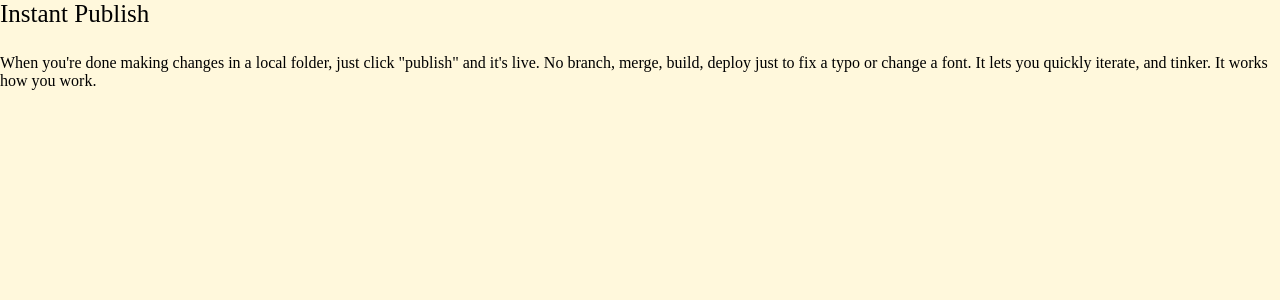
Repository: Pbemits/TEAMWORK-PROJECT-ONE
Page: index.html
These files come from the project's save history. The page is drawn as it stood at one moment and after the next save; the edit follows.
The browser window is 1280 px wide. The pictures show the whole page.
Some web fonts or font styles are not loaded; a fallback is used.

Above is the page before, as saved 2023-09-01 22:41:00.

After the next save:
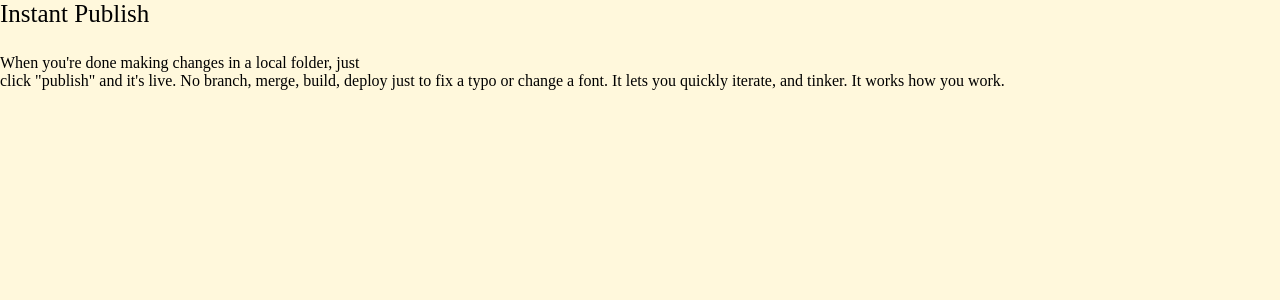
Saved 25 s later.
--- a/index.html
+++ b/index.html
@@ -34,7 +34,7 @@
                             <h3>Instant Publish</h3>
                         </div>
                         <div class="element-texts-paragraph">
-                            <p>When you're done making changes in a local folder, just click "publish" and it's live. No branch, merge, build, deploy just to fix a typo or change a font. It lets you quickly iterate, and tinker. It works how you work.</p>
+                            <p>When you're done making changes in a local folder, just</br> click "publish" and it's live. No branch, merge, build, deploy just to fix a typo or change a font. It lets you quickly iterate, and tinker. It works how you work.</p>
                         </div>
                     </div>
                 </div>
